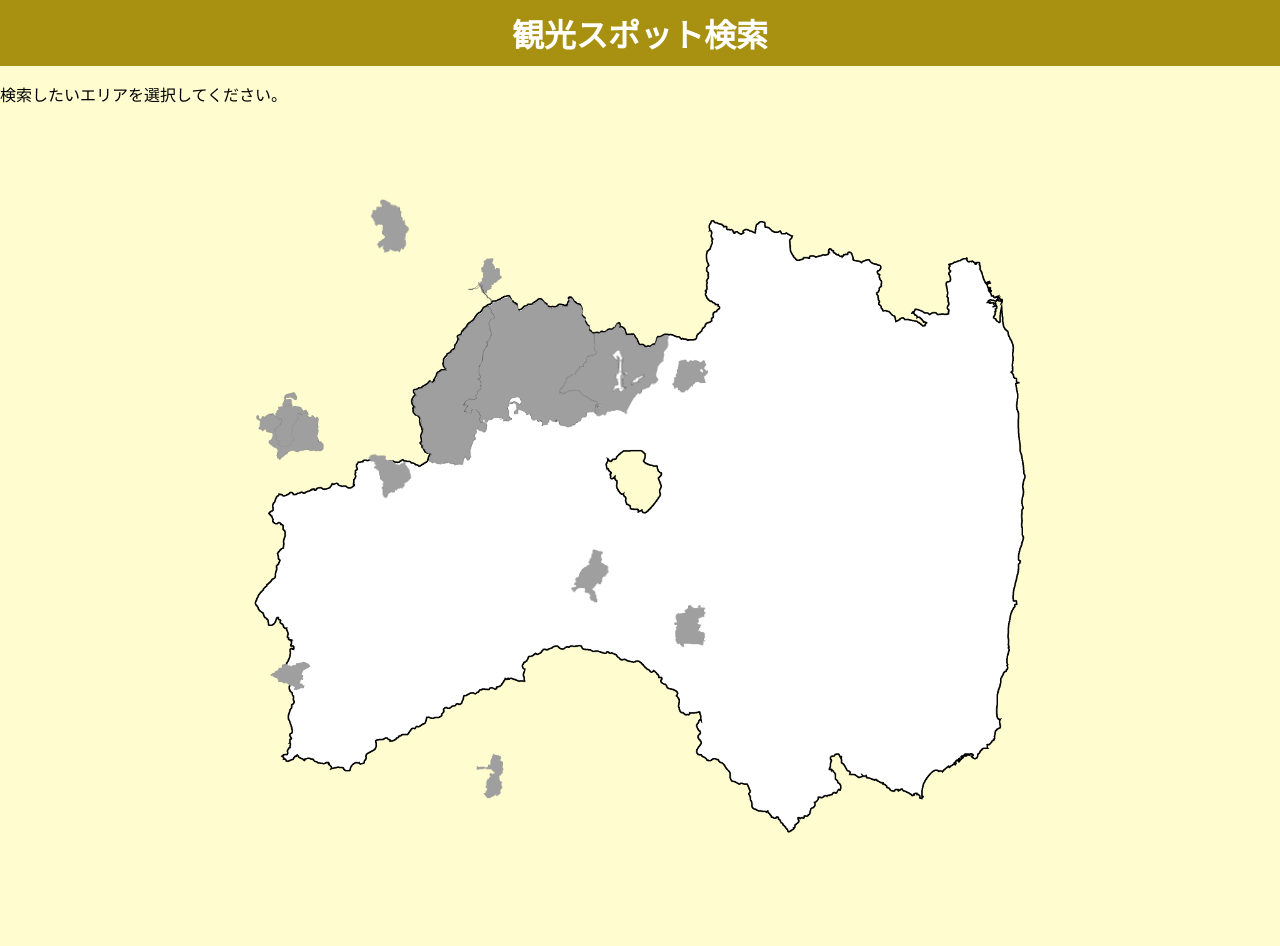
Repository: ryoutana/tanaryou.github.io
Page: Downloads/project/index.html
The author's editor kept a copy of each file at every save. The page is drawn from the files as they stood at one save, then again after a run of saves.
The browser window is 1280 px wide. The pictures show the whole page.

Above is the page before, as saved 2025-04-29 12:50:07.

### Downloads/project/index.html
<!DOCTYPE html>
<html lang="ja">
<head>
    <meta charset="UTF-8">
    <meta name="viewport" content="width=device-width, initial-scale=1.0">
    <title>観光スポット検索</title>
    <link rel="stylesheet" href="styles.css">
</head>
<body>
    <header>
        <h1 id="pageTitle">観光スポット検索</h1>
    </header>
    <main>
        <section id="intro">
            <p id="introText">検索したいエリアを選択してください。</p>
            <div id="mapContainer">
                <img id="introImage" src="福島県白地図.png" alt="福島県の地図">
                <div id="spotContainer"></div>
            </div>
        </section>
    </main>
    <script src="script.js"></script>
</body>
</html>

### Downloads/project/styles.css
/* styles.css */

/* 全体のリセット */
body, html {
    margin: 0;
    padding: 0;
    box-sizing: border-box;
    background-color: #fffdd0; /* 背景色をクリーム色に設定 */
    font-family: Arial, sans-serif;
}

/* ヘッダーのスタイル */
header {
    text-align: center;
    background-color: #a89110; /* ゴールド系の背景色 */
    padding: 10px 0;
}

#pageTitle {
    font-size: 2em;
    margin: 0;
    color: #fff; /* 白文字 */
}

/* 地図全体のコンテナ */
#mapContainer {
    position: relative;
    width: 80%; /* 地図の幅を画面幅に応じて調整 */
    max-width: 800px;
    margin: 20px auto;
    overflow: hidden;
    text-align: center;
}

#introImage {
    width: 100%; /* 地図画像を親要素にフィットさせる */
    height: auto;
    display: block;
    margin: 0 auto;
    z-index: 1;
}

/* スポット画像のコンテナ */
#spotContainer {
    position: absolute;
    top: 0;
    left: 0;
    width: 100%;
    height: 100%;
    z-index: 2;
}

/* スポット画像のスタイル */
.spot-image {
    position: absolute;
    transform: translate(-50%, -50%); /* 中心基準で配置 */
    cursor: pointer;
    transition: filter 0.3s ease;
    filter: brightness(0.8) saturate(0); /* デフォルトで薄い灰色 */
}

.spot-image:hover {
    filter: brightness(1.2) hue-rotate(90deg); /* カーソルが乗ると黄緑 */
}

.spot-image.active {
    filter: brightness(1) hue-rotate(120deg) saturate(2); /* クリックでしっかり緑 */
}

### Downloads/project/script.js
// script.js

// スポットデータ（座標は地図画像内の相対的なピクセル位置）
const spots = [
    { name: '会津坂下町', img: '会津坂下町(白地図).png', x: 50, y: 300, width: 80 },
    { name: '会津若松市', img: '会津若松市(白地図).png', x: 150, y: 100, width: 60 },
    { name: '会津美里町', img: '会津美里町(白地図).png', x: 250, y: 150, width: 40 },
    { name: '喜多方市', img: '喜多方市(白地図).png', x: 291, y: 230, width: 170 },
    { name: '金山町', img: '金山町(白地図).png', x: 450, y: 250, width: 45 },
    { name: '三島町', img: '三島町(白地図).png', x: 50, y: 300, width: 50 },
    { name: '昭和村', img: '昭和村(白地図).png', x: 150, y: 350, width: 55 },
    { name: '西会津町', img: '西会津町(白地図).png', x: 214, y: 260, width: 180 },
    { name: '猪苗代町', img: '猪苗代町(白地図).png', x: 350, y: 450, width: 60 },
    { name: '湯川村', img: '湯川村(白地図).png', x: 450, y: 500, width: 50 },
    { name: '磐梯町', img: '磐梯町(白地図).png', x: 50, y: 550, width: 45 },
    { name: '北塩原村', img: '北塩原村(白地図).png', x: 374, y: 244, width: 123 },
    { name: '柳津町', img: '柳津町(白地図).png', x: 250, y: 650, width: 50 }
];

// スポットを動的に生成
function generateSpots() {
    const spotContainer = document.getElementById('spotContainer');
    const mapContainer = document.getElementById('mapContainer');

    if (!spotContainer || !mapContainer) {
        console.error('Error: 必要な要素が見つかりません。');
        return;
    }

    const mapWidth = mapContainer.offsetWidth; // 地図の幅
    const mapHeight = mapContainer.offsetHeight; // 地図の高さ

    spots.forEach(spot => {
        const img = document.createElement('img');
        img.src = spot.img;
        img.alt = spot.name;
        img.style.width = `${(spot.width / 800) * mapWidth}px`; // 幅を地図のサイズに比例させる
        img.style.left = `${(spot.x / 800) * mapWidth}px`; // x座標を地図のサイズに比例させる
        img.style.top = `${(spot.y / 800) * mapHeight}px`; // y座標を地図のサイズに比例させる
        img.classList.add('spot-image');

        // クリックイベントで色を変更
        img.addEventListener('click', () => {
            if (img.classList.contains('active')) {
                img.classList.remove('active'); // 緑から灰色に戻す
            } else {
                img.classList.add('active'); // 緑にする
            }
        });

        spotContainer.appendChild(img);
    });
}

// 初期化処理
function init() {
    generateSpots();
    console.log('スポット画像の生成が完了しました。');
}

// ページ読み込み時に初期化
window.onload = init;

After the next 3 saves:
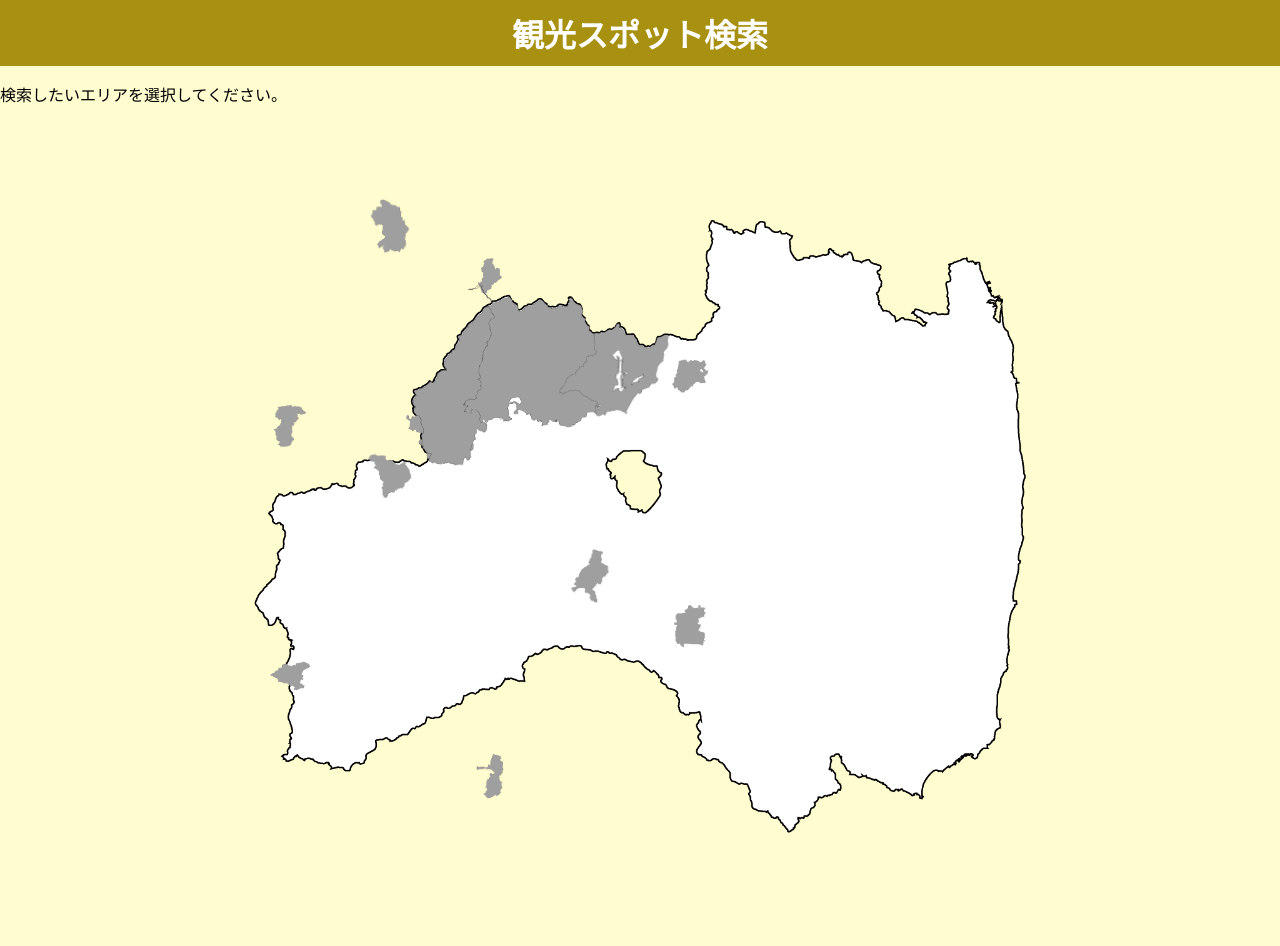
The 3 saves are shown as one change because they came seconds apart.
The last was saved 9 s later.
--- a/Downloads/project/script.js
+++ b/Downloads/project/script.js
@@ -2,7 +2,7 @@
 
 // スポットデータ（座標は地図画像内の相対的なピクセル位置）
 const spots = [
-    { name: '会津坂下町', img: '会津坂下町(白地図).png', x: 50, y: 300, width: 80 },
+    { name: '会津坂下町', img: '会津坂下町(白地図).png', x: 200, y: 300, width: 80 },
     { name: '会津若松市', img: '会津若松市(白地図).png', x: 150, y: 100, width: 60 },
     { name: '会津美里町', img: '会津美里町(白地図).png', x: 250, y: 150, width: 40 },
     { name: '喜多方市', img: '喜多方市(白地図).png', x: 291, y: 230, width: 170 },
